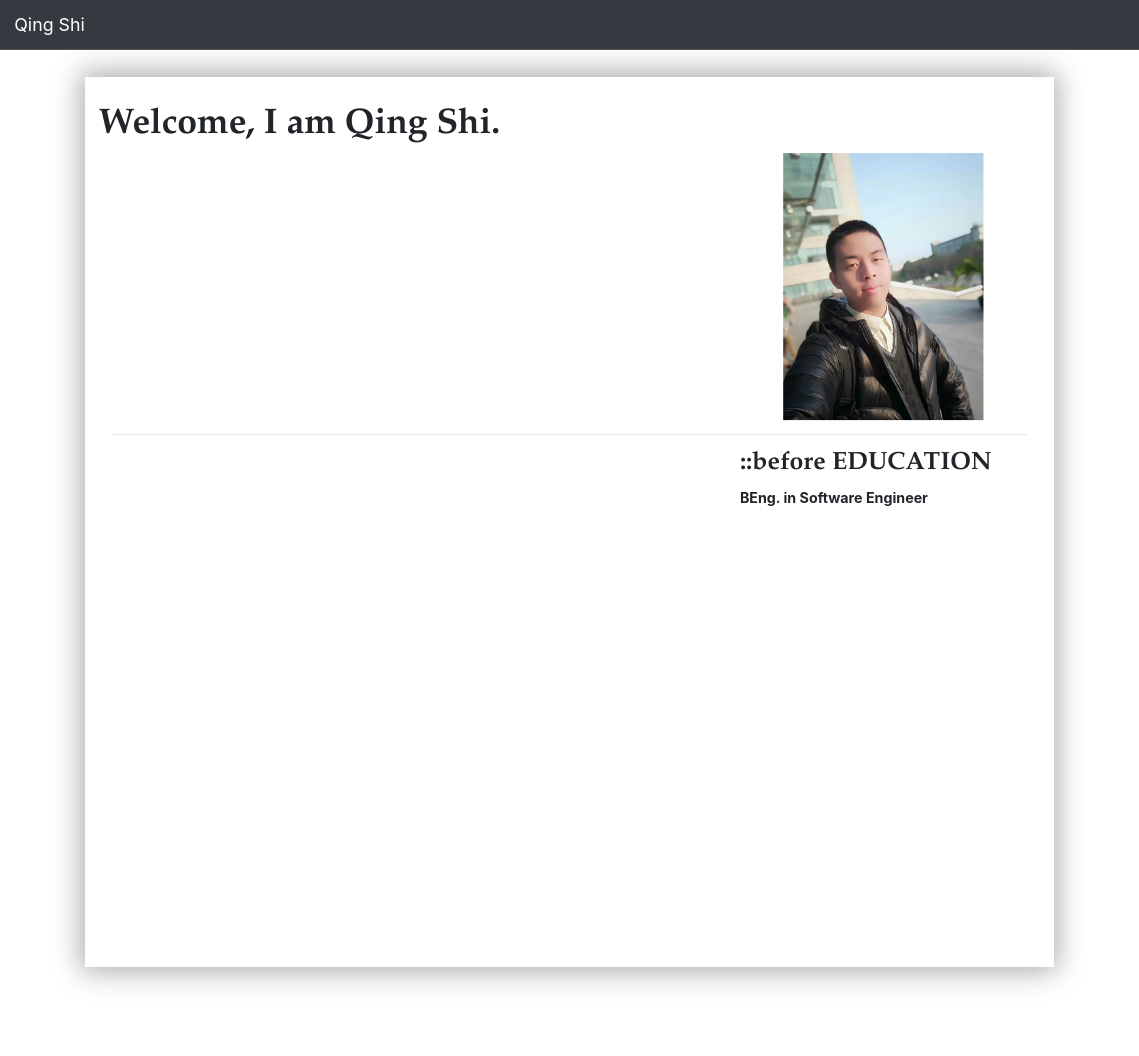
Repository: sqsssq/webpage
Page: index.html
The author's editor kept a copy of each file at every save. The page is drawn from the files as they stood at one save, then again after the next save.
The browser window is 1280 px wide. The pictures show the whole page, at 89% of full size.
Some web libraries are served in a nearby version.

Above is the page before, as saved 2022-03-28 00:10:28.

### index.html
<!--
 * @Author: Qing Shi
 * @LastEditTime: 2022-03-28 00:10:28
 * @Knowledge:
 * @Description: my homepage
 * @Attention:
-->
<!doctype html>
<html lang="zh-CN">

<head>
    <!-- 必须的 meta 标签 -->
    <meta charset="utf-8">
    <meta name="viewport" content="width=device-width, initial-scale=1, shrink-to-fit=no">
    <title>Qing Shi</title>

    <!-- 新 Bootstrap4 核心 CSS 文件 -->
    <link rel="stylesheet" href="https://cdn.staticfile.org/twitter-bootstrap/4.3.1/css/bootstrap.min.css">

    <!-- jQuery文件。务必在bootstrap.min.js 之前引入 -->
    <script src="https://cdn.staticfile.org/jquery/3.2.1/jquery.min.js"></script>

    <!-- bootstrap.bundle.min.js 用于弹窗、提示、下拉菜单，包含了 popper.min.js -->
    <script src="https://cdn.staticfile.org/popper.js/1.15.0/umd/popper.min.js"></script>

    <!-- 最新的 Bootstrap4 核心 JavaScript 文件 -->
    <script src="https://cdn.staticfile.org/twitter-bootstrap/4.3.1/js/bootstrap.min.js"></script>

    <link rel="stylesheet" href="css/index.css">
    <link rel="shortcut icon" href="icon/bitbug_favicon.ico" />
</head>

<body>

    <nav class="navbar  navbar-dark bg-dark">
        <a class="navbar-brand" href="#">
            Qing Shi
        </a>

        <!-- <button type="button" class="btn btn-outline-primary">中/EN</button> -->
    </nav>

    <div class="container framework">
        <!-- Image and text -->
        <div class="webHeader row">
            <h1 id="titleFont">Welcome, I am Qing Shi.</h1>
            <!-- <hr> -->
            <div class="webIntroduction col-lg-8">
            </div>

            <div class="webPhoto col-lg-4">
                <img src="photo/sq.jpg" height="300px">

            </div>
        </div>
        <hr>
        <div class="webMain row">
            <div class="col-lg-8">
            </div>
            <div class="col-lg-4">
                <div id="webEducation">
                    <h3 id="titleFont">
                        ::before
                        EDUCATION
                    </h3>
                    <a style="font-weight: bold;">BEng. in Software Engineer</a>
                </div>

            </div>
        </div>
</body>

</html>

### css/index.css
* {
    margin: 0;
    padding: 0;
}

body {
    /* font-family:Georia,serif; */
    background: #ffffff;
    /* font-weight:bold; */
    /* font-size:15px; */
    /* color:#333;
    overflow: hidden; */
    -webkit-font-smoothing: antialiased;
}

.framework {
    height: 1000px;
    margin-top: 30px;
    margin-bottom: 100px;
    padding: 30px 30px 30px 30px;
    width: 85%;
    /* border-color: black; */
    /* border-width: 3px; */
    /* border-style: solid; */
    box-shadow: darkgrey 0px 0px 30px 5px ;
}

#titleFont {
    /* Garamond */
    font-family: Garamond;
    font-weight: bold;
}

.webPhoto {
    /* align-items: center; */
    /* background-color: aqua; */
    display: flex;
    flex-direction: column;
    justify-content: center;
    align-items: center;
}

/*chrome--------------------------------------------start*/
::-webkit-scrollbar {
    width: 8px;
    height: 8px;
}

/* Track */
::-webkit-scrollbar-track {
    background: #ffffff;
    border-radius: 8px;
}

/* Handle */
::-webkit-scrollbar-thumb {
    background: rgb(201, 201, 202);
    border-radius: 8px;
}

/* Handle on hover */
::-webkit-scrollbar-thumb:hover {
    background: rgb(162, 162, 163);
}

.el-menu::-webkit-scrollbar,
.el-table__body-wrapper::-webkit-scrollbar {
    display: none;
}

.el-menu:hover::-webkit-scrollbar,
.el-table__body-wrapper:hover::-webkit-scrollbar {
    display: block;
}

/*chrome--------------------------------------------end*/

After the next save:
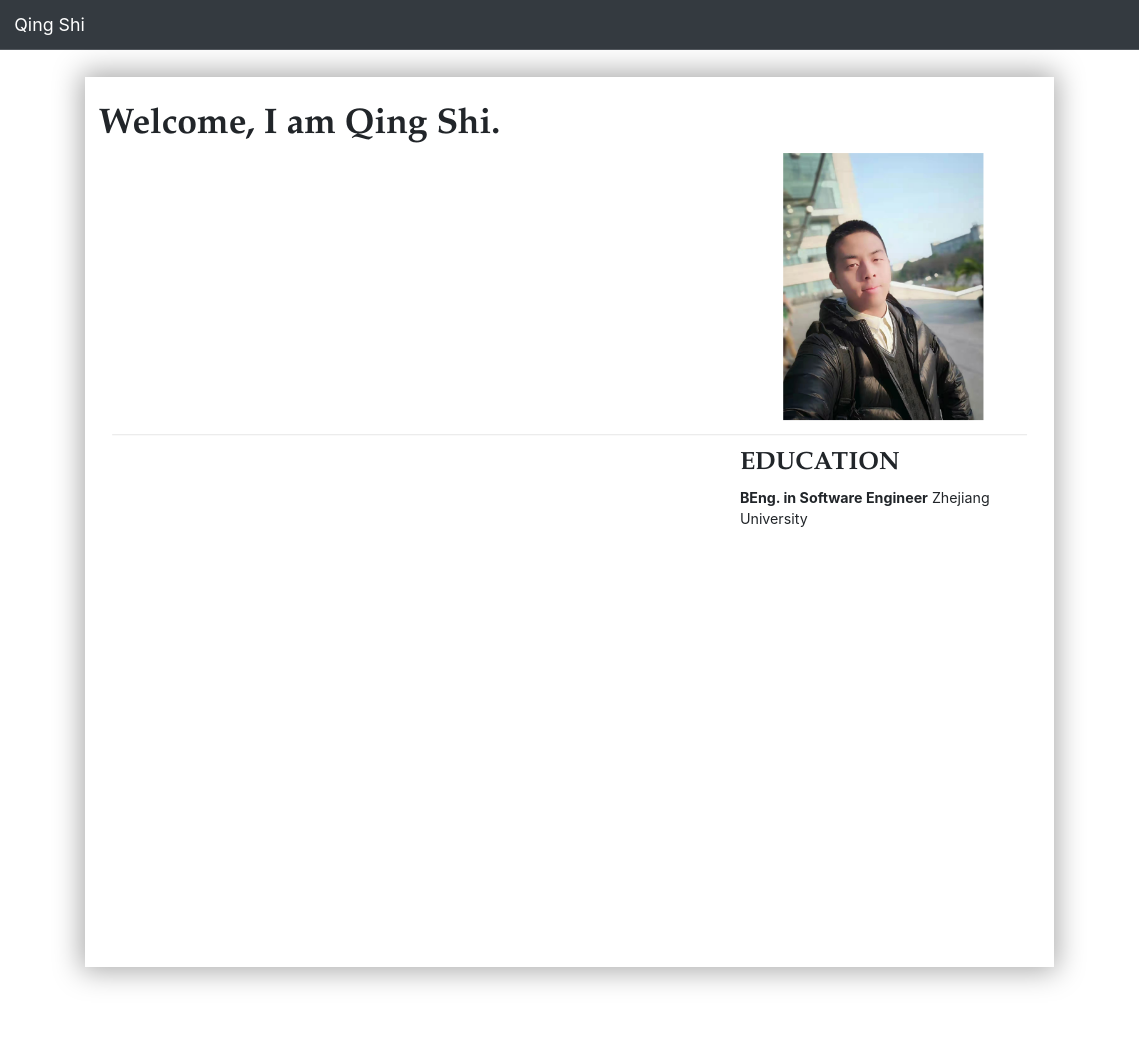
Saved 6 min 13 s later.
--- a/index.html
+++ b/index.html
@@ -1,6 +1,6 @@
 <!--
  * @Author: Qing Shi
- * @LastEditTime: 2022-03-28 00:10:28
+ * @LastEditTime: 2022-03-28 00:16:41
  * @Knowledge:
  * @Description: my homepage
  * @Attention:
@@ -60,10 +60,11 @@
             <div class="col-lg-4">
                 <div id="webEducation">
                     <h3 id="titleFont">
-                        ::before
+                        <!-- ::before -->
                         EDUCATION
                     </h3>
                     <a style="font-weight: bold;">BEng. in Software Engineer</a>
+                    Zhejiang University
                 </div>
 
             </div>
